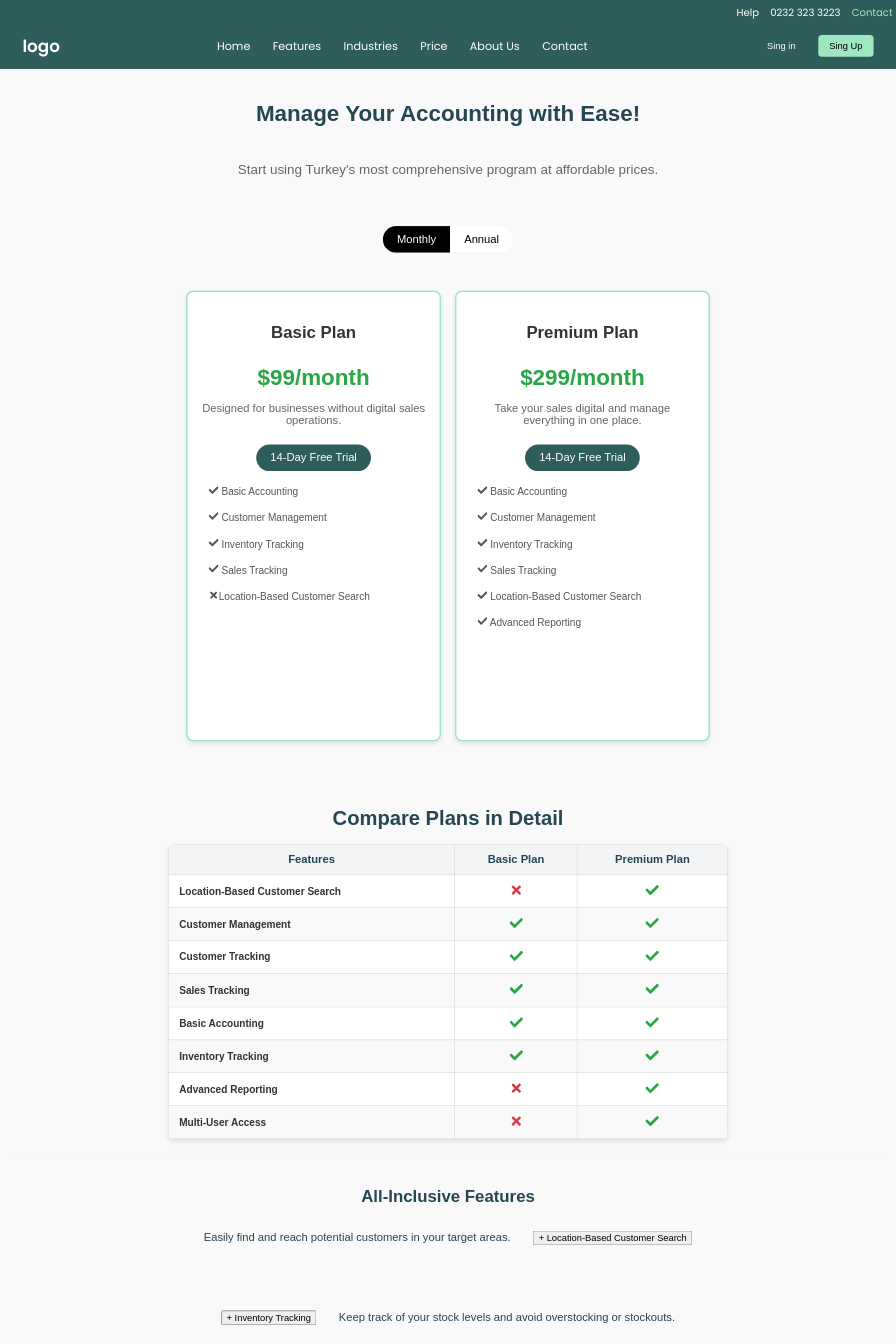
Repository: senolinanyasar/myrouteapplication
Page: /pricing
An editor plug-in stored every save of this project. The page is shown before and after the next save, followed by the edit.
The browser window is 1280 px wide. The pictures show the part of the page from y = 0 to 1920 px (the page is 2538 px tall before and 3068 px after), at 70% of full size.
The project was rebuilt for these pictures with package versions that can differ from the ones it lists, and the page was loaded fresh each time. Also part of the build but not shown: vite.config.js, src/components/HeroSection.css, src/components/HeroSection.js, src/components/FeaturesSection.js, src/components/PricingSection.css, src/components/PricingSection.js, src/components/SupportSection.css, src/components/SupportSection.js and 3 more.

Above is the page before, as saved 2024-11-16 22:14:35.

### src/index.css
@import url('https://fonts.googleapis.com/css2?family=Poppins:wght@400;600&display=swap');

body {
  font-family: 'Poppins', sans-serif;
  color: #264653;
  background-color: #f1faee;
  margin: 0;
  padding: 0;
  box-sizing: border-box;
}

code {
  font-family: source-code-pro, Menlo, Monaco, Consolas, 'Courier New',
    monospace;
}

### src/App.js
import React from 'react';
import { BrowserRouter as Router, Route, Routes } from 'react-router-dom';
import Header from './components/Header';
import HomePage from './components/HomePage';
import PricingPage from './components/PricingPage';
import TopBar from './components/TopBar';
import Footer from './components/Footer';


function App() {
  return (
    <Router>
      <TopBar/>
      <Header />
      <Routes>
        <Route path='/' element={<HomePage />} />
        <Route path='/pricing' element={<PricingPage />} />

      </Routes>
      <Footer/>
    </Router>

  );
}

export default App;

### src/components/Header.js
// Header.js
import React from 'react';
import './Header.css';
import { Link } from 'react-router-dom';

const Header = () => {
    return (
        <header className="header">
            <div className="header-logo">logo</div>
            <nav className="header-nav">

                    <Link to="/">Home</Link>
                    <Link to="/features">Features</Link>
                    <Link to="/industries">Industries</Link>
                    <Link to="/pricing">Price</Link>
                    <Link to="/aboutus">About Us</Link>
                    <Link to="/contact">Contact</Link>



            </nav>
            <div className="header-buttons">
                <button className="login-button">Sing in</button>
                <button className="register-button">Sing Up</button>
            </div>
        </header>
    );
};


export default Header;

### src/components/PricingPage.js
// PricingPage.js

import React, { useState } from "react";
import './PricingPage.css';
import { FaCheck, FaTimes } from "react-icons/fa";


const PricingPage = () => {
    const [isAnnual, setIsAnnual] = useState(false);

    return (
        <section className="pricing-page">
            <div className="pricing-header">
                <h1>Manage Your Accounting with Ease!</h1>
                <p>Start using Turkey's most comprehensive program at affordable prices.</p>
                <div className="toggle-buttons">
                    <button
                        className={`toggle-btn ${!isAnnual ? "active" : ""}`}
                        onClick={() => setIsAnnual(false)}
                    >
                        Monthly
                    </button>
                    <button
                        className={`toggle-btn ${isAnnual ? "active" : ""}`}
                        onClick={() => setIsAnnual(true)}
                    >
                        Annual
                    </button>
                </div>
            </div>
            <div className="pricing-plans">
                <div className="plan basic-plan">
                    <h3>Basic Plan</h3>
                    <p className="price">
                        {isAnnual ? "$999/year" : "$99/month"}
                    </p>
                    <p className="subtext">
                        Designed for businesses without digital sales operations.
                    </p>
                    <button className="try-button">14-Day Free Trial</button>
                    <ul>
                        <li><FaCheck /> Basic Accounting</li>
                        <li><FaCheck /> Customer Management</li>
                        <li><FaCheck /> Inventory Tracking</li>
                        <li><FaCheck /> Sales Tracking</li>
                        <li><FaTimes className="not-included" />Location-Based Customer Search</li>
                    </ul>
                </div>
                <div className="plan premium-plan">
                    <h3>Premium Plan</h3>
                    <p className="price">
                        {isAnnual ? "$2.799/year" : "$299/month"}
                    </p>
                    <p className="subtext">
                        Take your sales digital and manage everything in one place.
                    </p>
                    <button className="try-button">14-Day Free Trial</button>

                    <ul>
                        <li><FaCheck /> Basic Accounting</li>
                        <li><FaCheck /> Customer Management</li>
                        <li><FaCheck /> Inventory Tracking</li>
                        <li><FaCheck /> Sales Tracking</li>
                        <li><FaCheck /> Location-Based Customer Search</li>
                        <li><FaCheck /> Advanced Reporting</li>
                    </ul>
                </div>
            </div>


            <div className="comparison-table-container">
                <h2>Compare Plans in Detail</h2>
                <table className="comparison-table">
                    <thead>
                        <tr>
                            <th>Features</th>
                            <th>Basic Plan</th>
                            <th>Premium Plan</th>
                        </tr>
                    </thead>
                    <tbody>
                        <tr>
                            <td>Location-Based Customer Search</td>
                            <td><FaTimes className="icon-times" /></td>
                            <td><FaCheck className="icon-check" /></td>
                        </tr>
                        <tr>
                            <td>Customer Management</td>
                            <td><FaCheck className="icon-check" /></td>
                            <td><FaCheck className="icon-check" /></td>
                        </tr>
                        <tr>
                            <td>Customer Tracking</td>
                            <td><FaCheck className="icon-check" /></td>
                            <td><FaCheck className="icon-check" /></td>
                        </tr>
                        <tr>
                            <td>Sales Tracking</td>
                            <td><FaCheck className="icon-check" /></td>
                            <td><FaCheck className="icon-check" /></td>
                        </tr>
                        <tr>
                            <td>Basic Accounting</td>
                            <td><FaCheck className="icon-check" /></td>
                            <td><FaCheck className="icon-check" /></td>
                        </tr>
                        <tr>
                            <td>Inventory Tracking</td>
                            <td><FaCheck className="icon-check" /></td>
                            <td><FaCheck className="icon-check" /></td>
                        </tr>
                        <tr>
                            <td>Advanced Reporting</td>
                            <td><FaTimes className="icon-times" /></td>
                            <td><FaCheck className="icon-check" /></td>
                        </tr>
                        <tr>
                            <td>Multi-User Access</td>
                            <td><FaTimes className="icon-times" /></td>
                            <td><FaCheck className="icon-check" /></td>
                        </tr>
                    </tbody>
                </table>
            </div>

            <div className="features-expand">
                <h2> All-Inclusive Features</h2>
                <div className="feature">
                    <button className="feature-toggle">+ Location-Based Customer Search</button>
                    <p className="feature-description">Easily find and reach potential customers in your target areas.</p>
                </div>
                <div className="feature">
                    <button className="feature-toggle">+  Inventory Tracking</button>
                    <p className="feature-description">Keep track of your stock levels and avoid overstocking or stockouts.</p>
                </div>
                <div className="feature">
                    <button className="feature-toggle">+ Advanced Reporting</button>
                    <p className="feature-description">Get in-depth insights into your business performance with custom reports.</p>
                </div>
            </div>
        </section>
    );

};

export default PricingPage;

### src/components/TopBar.js
// TopBar.js
import React from 'react';
import './TopBar.css';

const TopBar = () => {
    return (
        <div className="top-bar">
            <div className="top-bar-content">
                <span>Help</span>
                <span>0232 323 3223</span>
                <a href="#contact">Contact</a>
            </div>
        </div>
    );
};

export default TopBar;

### src/components/Footer.js
// Footer.js

import React from 'react';
import './Footer.css';
import { FaFacebook, FaInstagram, FaLinkedin, FaTwitter, FaYoutube } from 'react-icons/fa';

const Footer = () => {
    return (
        <footer className="footer">
            <div className='footer-content'>
                <div className='footer-left'>
                    <div className='footer-logo'>
                        <h2>My Route Application</h2>
                    </div>
                    <p>Kazımdirik Mahallesi, Üniversite <br />Caddesi Ağaçlı Yol No: 37-39, <br />35100 Bornova/İzmir</p>
                    <div className='social-icons'>
                        <FaFacebook />
                        <FaTwitter />
                        <FaInstagram />
                        <FaLinkedin />
                        <FaYoutube />
                    </div>
                </div>

                <div className="footer-right">
                <br/><br/><br/><br/>
                    <div className='footer-section'>
                        <h4>Features</h4>
                        <ul>
                            <li>Location-Based Customer Search</li>
                            <li>Customer Management</li>
                            <li>Customer Tracking</li>
                            <li>Sales Tracking</li>
                            <li>Basic Accounting</li>
                            <li>Inventory Tracking</li>
                            <li>Reporting</li>
                        </ul>
                    </div>

                    <div className="footer-section">
                        <h4>Privileges</h4>
                        <ul>
                            <li>Industries</li>
                            <li>Pricing</li>
                            <li>Support</li>
                        </ul>
                    </div>

                    <div className="footer-section">
                        <h4>About Us</h4>
                        <ul>
                            <li>Privacy Policy</li>
                            <li>KVKK Disclosure Text</li>
                        </ul>
                    </div>
                </div>
            </div>

            <div className="footer-bottom">
                <p>&copy; 2024 My Route Application. All rights reserved.</p>
            </div>
        </footer>
    );
};

export default Footer;

### src/components/Header.css
/* Header.css */
.header{
    display: flex;
    justify-content: space-between;
    align-items: center;
    padding: 1rem 2rem;
    background-color: #2f5d5b;
    color: white;
    margin-top: 2rem;
    position: sticky;
    top: 2rem;
    z-index: 999;
}


.header-logo {
    font-size: 1.5rem;
    font-weight: bold;
}
.header-nav a{
    margin: 0 1rem;
    color: white;
    text-decoration: none;
}
.header-nav a:hover {
    color: #e9c46a;
  }

.header-buttons button{
    margin-left: 1rem;
    padding: 0.5rem 1rem;
    border: none;
    border-radius: 5px;
}

.login-button{
    background-color: #2f5d5b;
    color: white;
}

.register-button{
    background-color: #9fe7c0;
    color: black;
}

### src/components/PricingPage.css
/* PricingPage.css */

.pricing-page{
    font-family: "Arial",sans-serif;
    padding: 20px;
    text-align: center;
    background-color: #f9f9f9;
    text-align: center;
}

.pricing-header{
    text-align: center;
    margin-bottom: 30px;
}
.pricing-header h1{
    font-size: 2rem;
    font-weight: bold;
    margin-bottom: 10px;
    margin-top: 25px;
}

.pricing-header p{
    margin-top: 50px;
    margin-bottom: 20px;
    color: #666;
    font-size: 1.2rem;
}

.toggle-buttons{
    display: inline-block;
    background-color: #e9e9e9;
    border-radius: 20px;
    overflow: hidden;
    margin-top: 50px;
}

.toggle-btn{
    padding: 10px 20px;
   font-size: 1rem;
    cursor: pointer;
    color: #000;
    border: none;
    background:  #fff;
    transition: all 0.3s;
}
.toggle-buttons .active{
    background-color: #000;
    color: #fff;
}

.pricing-plans{
    display: flex;
    justify-content: center;
    gap: 20px;
    margin-top: 50px;
    align-items: center;

}

.plan {
    background: #fff;
    border: 1px solid #ddd;
    border-radius: 10px;
    padding: 20px;
    width: 320px;
    height: 600px;
    margin-bottom: 50px;
    text-align: center;
    transition: transform 0.3s ease;
    box-shadow: 0px 4px 8px rgba(0, 0, 0, 0.1);
}

.plan:hover{
    transform: scale(1.05);
}
.plan h3{
    font-size: 1.5rem;
    color: #333;
    margin-bottom: 10px;
}

.plan .price{
    font-size: 2rem;
    font-weight: bold;
    color: #28a745;
    margin-bottom: 10px;
}

.plan .subtext{
    font-size: 1rem;
    color: #666;
    margin-bottom: 15px;
}



.plan ul{
    list-style: none;
    padding: 0;
    margin-top: 20px;
}

.plan ul li{
    color: #555;
    font-size: 0.9rem;
    margin-bottom: 20px;
    margin-left: 10px;
    text-align: left;
}

.try-button{
    background: #2f5d5b;
    color: #fff;
    padding: 10px 20px;
    border: none;
    border-radius: 20px;
    cursor: pointer;
    font-size: 1rem;
    margin-top: 10px;
    transition: transform 0.3s ease;
}

.try-button:hover{
    background: #9fe7c0;
}
.basic-plan{
    border: 2px solid #9fe7c0;
}
.premium-plan{
    border: 2px solid #9fe7c0;
}
.comparison-table-container {
    padding: 20px;
    background-color: #f9f9f9;
    text-align: center;
  }

  .comparison-table-container h2 {
    font-size: 1.8rem;
    margin-bottom: 20px;
  }

  .comparison-table {
    width: 100%;
    max-width: 800px;
    margin: 0 auto;
    border-collapse: collapse;
    font-family: Arial, sans-serif;
    background: #fff;
    border-radius: 8px;
    overflow: hidden;
    box-shadow: 0 4px 8px rgba(0, 0, 0, 0.1);
  }

  .comparison-table th,
  .comparison-table td {
    border: 1px solid #ddd;
    padding: 12px 15px;
    text-align: center;
  }

  .comparison-table th {
    background-color: #f3f4f6;
    font-size: 1rem;
    font-weight: bold;
  }

  .comparison-table td {
    font-size: 0.9rem;
    color: #555;
  }

  .comparison-table td:first-child {
    text-align: left;
    font-weight: bold;
    color: #333;
  }

  .comparison-table tbody tr:nth-child(even) {
    background-color: #f9f9f9;
  }

  .comparison-table tbody tr:hover {
    background-color: #f1f1f1;
  }

  .icon-check {
    color: #28a745;
    font-size: 1.2rem;
  }

  .icon-times {
    color: #dc3545;
    font-size: 1.2rem;
  }

.features-expand{
    margin-top: 3rem;
}

.feture{
    margin-top: 1rem;
}


.feture-toggle{
    background: none;
    border: none;
    font-size: 1rem;
    font-weight: bold;
    color: #2a9d8f;
    cursor: pointer;
    display: block;
    text-align: left;
    padding: 0.5rem;
}

.feture-description{
    display: none;
    color: #6d6d6d;
    font-size: 0.9rem;
    margin-top: 0.5rem;
}

.feture-toggle:focus + .feture-description,
.feture-toggle:hover + .feture-description{
    display: block;
}

### src/components/TopBar.css
/* TopBar.css */

.top-bar {
    background-color: #2f5d5b;
    color: white;
    padding: 0.5rem;
    font-size: 0.9rem;
    display: flex;
    justify-content: center;
    position: fixed;
    top: 0;
    width: 99%;
    z-index: 1000;
}
.top-bar-content {
    display: flex;
    gap: 1rem;
    align-items: center;
    justify-content: flex-end;
    width: 100%;
}

.top-bar-content span{
    color: #ffffff;
}
.top-bar-content a{
    color: #9fe7c0;
    text-decoration: none;
    transition: color 0.3s;
}

.top-bar-content a:hover{
    color: #c3f2d0;
}

### src/components/Footer.css
/* Footer.css */

.footer {
    background-color: #264653;
    color: #ffffff;
    padding: 3rem 2rem;
}
.footer-content{
    display: flex;
    max-width: 1200px;
    justify-content: space-around;
    margin: 0 auto;
}

.footerleft{
    flex: 1;
    max-width: 300px;
}

.footer-logo h2{
    font-size: 1.5rem;
    color: #ffffff;
    margin-bottom: 2rem;
}


.footer-left p{
    color: #c3c3c3;
    font-size: 0.9rem;
    margin-bottom: 2.5rem;
}

.social-icons{
    display: flex;
    gap: 1rem;
    font-size: 1.2rem;
}


.social-icons svg{
    color: #9fe7c0;
    cursor: pointer;
    transition: color 0.3s ease;
}
.social-icons svg:hover {
    color: #c3f2d0;
}

.footer-right{
    display: flex;
    gap: 3rem;
    flex: 2;
    margin-left: 5rem;
}

.footer-section{
    text-align: left;
}
.footer-section h4{
    font-size: 1.2rem;
    color: #9fe7c0;
    margin-bottom: 1rem;
}
.footer-section ul{
    list-style: none;
    padding: 0;
    margin: 0;

}

.footer-section ul li{
    font-size: 0.9rem;
    margin-bottom: 0.5rem;
    color: #c3c3c3;
    cursor: pointer;
    transition: color 0.3s ease;
}

.footer-sectionul li:hover{
    color: #ffffff;
}

.footer-bottom{
    text-align: center;
    font-size: 0.8rem;
    color: #c3c3c3;
    margin-top: 2rem;
}

### src/components/FeaturesSection.css
/* FeaturesSection.css */
.features-section {
    padding: 4rem 2rem;
    text-align: center;
}

.features-title {
    font-size: 2rem;
    font-weight: 600;
    color: #264653;
    margin-bottom: 3rem;
    line-height: 1.2;
}



.feature {
    display: flex;
    align-items: center;
    justify-content: center;
    gap: 2rem;
    margin-bottom: 4rem;
    flex-direction: row;
}

.feature:nth-child(even) {
    flex-direction: row-reverse;
}

.feature-text {
    flex: 1;
    max-width: 500px;
    text-align: left;
}

.features h3 {
    font-size: 1.8rem;
    font-weight: 600;
    color: #264653;
    margin-bottom: 1rem;
}

.feature-text p {
    font-size: 1.1rem;
    color: #6d6d6d;
    margin-bottom: 1.5rem;
}

.cta-button {
    padding: 0.8rem 1.5rem;
    font-size: 1rem;
    color: #2f5d5b;
    background-color: #9fe7c0;
    border: none;
    border-radius: 5px;
    cursor: pointer;
    transition: background-color 0.3s ease;
    text-align: center;
}

.cta-button:hover {
    background-color: #c3f2d0;
}

.feature-image {
    flex: 1;
    max-width: 400px;
    height: auto;
}

.feature-image img {
    width: 100%;
    height: auto;
    object-fit: cover;
    border-radius: 10px;
}

Loaded but not shown: public/index.html (common file); src/index.js (common file); src/reportWebVitals.js (common file)

After the next save:
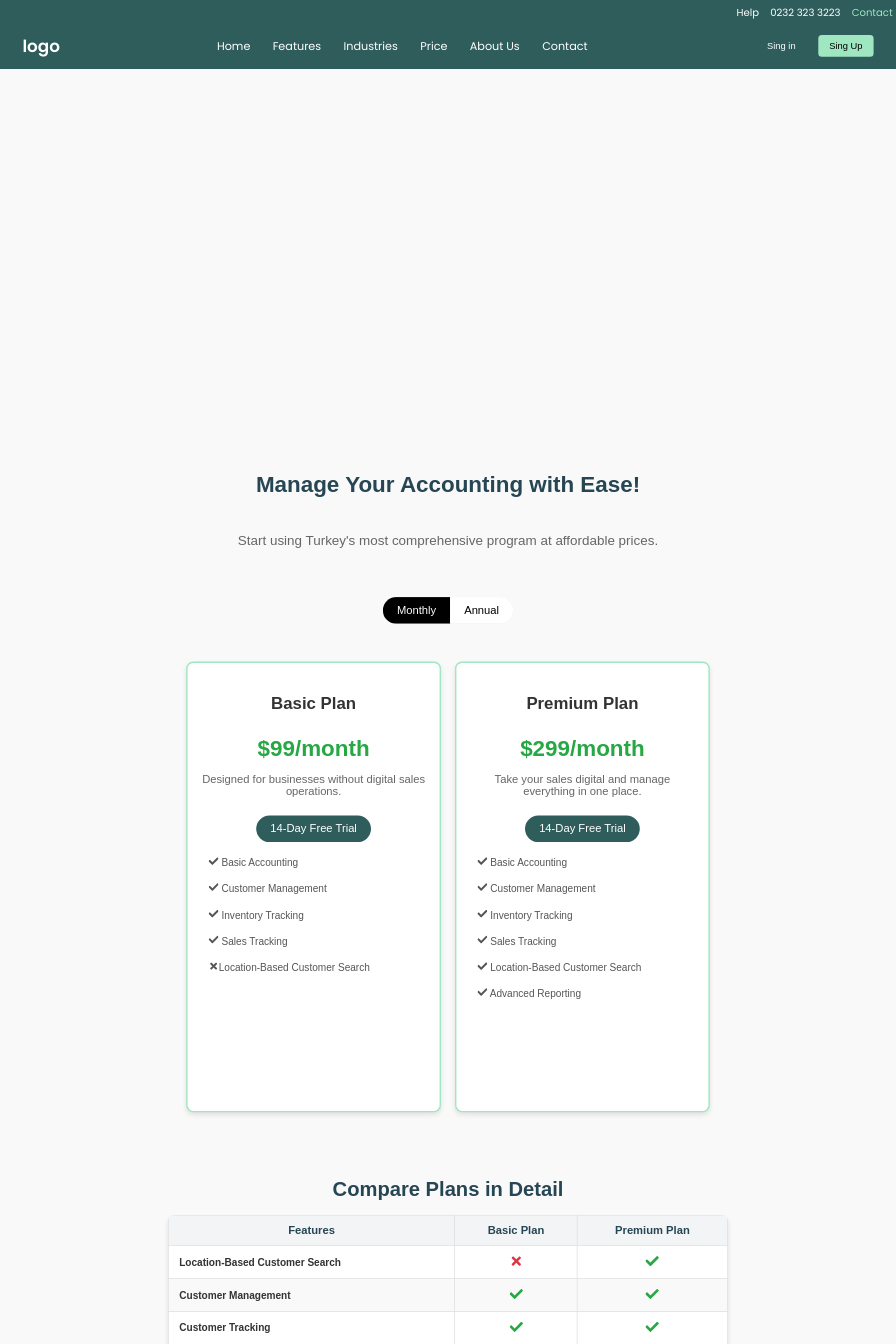
Saved 6 s later.
--- a/src/components/PricingPage.css
+++ b/src/components/PricingPage.css
@@ -16,7 +16,7 @@
     font-size: 2rem;
     font-weight: bold;
     margin-bottom: 10px;
-    margin-top: 25px;
+    margin-top: 555px;
 }
 
 .pricing-header p{
